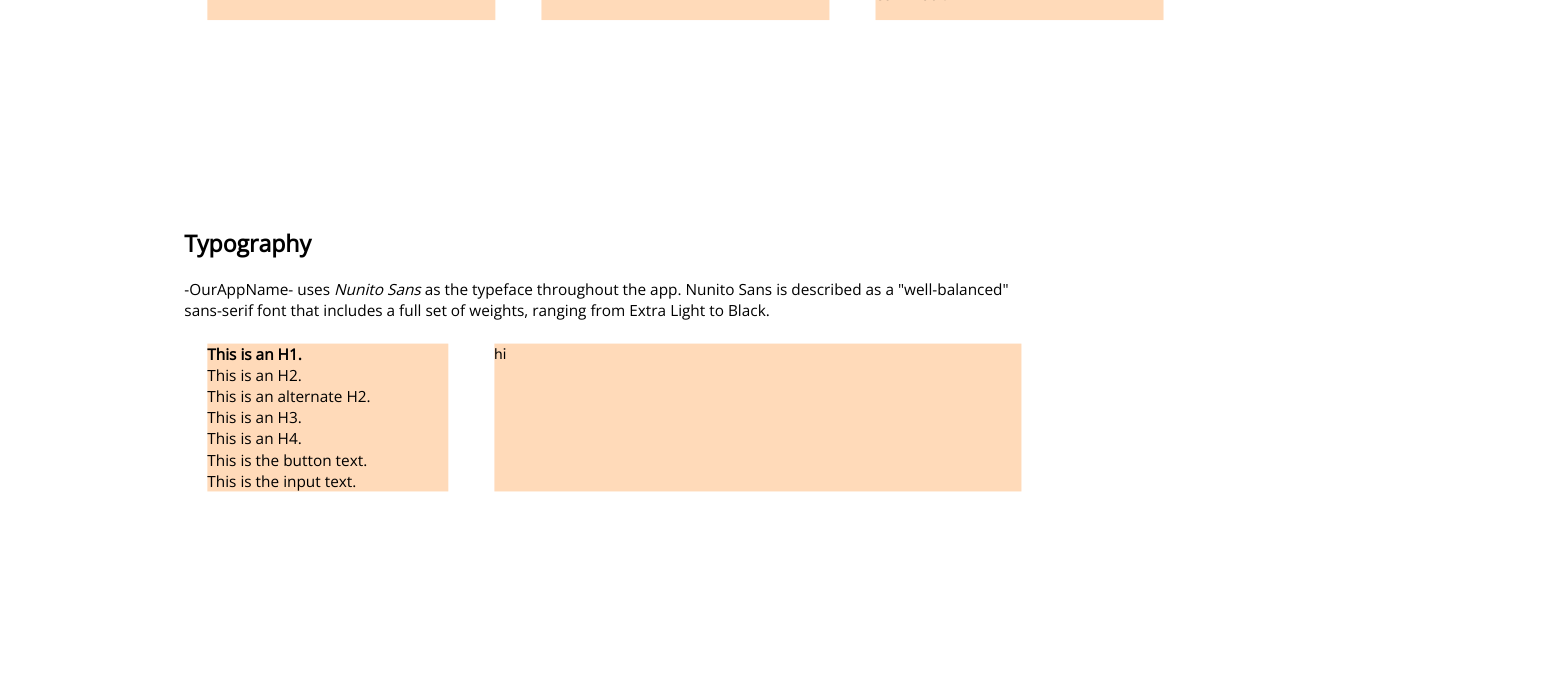
Repository: seohyun9672/Timearth-A6Styleguide
Page: page2.html
These files come from the project's save history. The page is drawn as it stood at one moment and after the next save; the edit follows.
The browser window is 1280 px wide. The page is 1632 px wide, so the pictures cover 1632 px, including what lies to the right of the window. The pictures show the part of the page from y = 1602 to 2330 px (the page is 2330 px tall), at 96% of full size.

Above is the page before, as saved 2022-03-19 17:21:12.

### page2.html
<!DOCTYPE html>
<html lang="en">
  <head>
    <meta charset="UTF-8" />
    <meta http-equiv="X-UA-Compatible" content="IE=edge" />
    <meta name="viewport" content="width=device-width, initial-scale=1.0" />
    <title>Document</title>
    <link rel="stylesheet" href="stylesheet.css" />
  </head>

  <body>
    <ul class="navbar">
      <li><a href="/page1.html">App Name</a></li>
      <div class="navbar-active">
        <li><a href="/page1.html">Logo</a></li>
        <li><a href="/page2.html">Colour & Typography</a></li>
        <li><a href="/page3.html">Imagery & Graphics</a></li>
        <li><a href="/ref.html">Reference</a></li>
      </div>
    </ul>
    <section class="color-palette page2">
      <h1>Color Palette</h1>
      <img class="palette" src="https://placekitten.com/1440/100" />
      <div>
        <h2>Description of colour palette</h2>
        <p>
          Lorem ipsum dolor sit amet, consectetur adipisicing elit. Culpa neque
          mollitia quae asperiores ad odit vitae iste minima totam harum
          distinctio qui beatae ea ut et adipisci, excepturi at iusto
          reprehenderit reiciendis fugit fuga nisi. Eligendi ut magni adipisci
          nulla architecto reprehenderit? Nemo eos accusamus optio nobis
          distinctio veritatis eius.
        </p>
      </div>
      <div></div>
      <div class="col-2">
        <div class="col">
          <img src="https://placekitten.com/200/600" />
        </div>
        <div class="col">hi</div>
      </div>
      <div class="row col-3">
        <div class="col">
          <img src="https://placekitten.com/300/200" />
          <p>
            Lorem ipsum dolor sit amet consectetur adipisicing elit. Fugit
            architecto laborum quam, unde laboriosam delectus aut facere rem
            magnam eum repellendus accusantium? Ipsum, quas iusto.
          </p>
        </div>
        <div class="col">
          <img src="https://placekitten.com/300/200" />
          <p>
            Lorem ipsum dolor sit amet, consectetur adipisicing elit. Eveniet
            laborum quisquam excepturi officiis obcaecati? Voluptatibus dolores
            laborum cupiditate quia illum explicabo quae nam dicta provident!
          </p>
        </div>
        <div class="col">
          <img src="https://placekitten.com/300/200" />
          <p>
            Lorem ipsum dolor sit amet consectetur adipisicing elit. Nemo
            consectetur veniam reprehenderit dolorem necessitatibus, repellat,
            perferendis quaerat suscipit magni alias in consequuntur nam
            repellendus commodi.
          </p>
        </div>
      </div>
    </section>
    <section class="typo page2">
      <h1>Typography</h1>
      <div>
        -OurAppName- uses <em>Nunito Sans</em> as the typeface throughout the
        app. Nunito Sans is described as a "well-balanced" sans-serif font that includes a full set of weights, ranging from Extra Light to Black.
      </div>
      <div class="col-2">
        <div class="col">
            <div class="nh1">This is an H1.</div>

            <div class="nh2">This is an H2.</div>

            <div class="nh2-2">This is an alternate H2.</div>

            <div class="nh3">This is an H3.</div>

            <div class="nh4">This is an H4.</div>

            <div class="nbtn">This is the button text.</div>

            <div class="ninput">This is the input text.</div>
        </div>
        <div class="col nunito">hi</div>
      </div>
    </section>
  </body>
</html>

### stylesheet.css
@import url('https://fonts.googleapis.com/css2?family=Nunito+Sans&family=Open+Sans&display=swap');

body{
    margin: 0;
    font-family: 'open sans', san-serif;
  }

/* NAVBAR */

ul {
  list-style-type: none;
  margin: 0;
  padding: 0;
  overflow: hidden;
  background-color: #333;
}

li {
  float: left;
}

li a {
  display: block;
  color: white;
  text-align: center;
  padding: 14px 16px;
  text-decoration: none;
}

li a:hover {
  background-color: #111;
}

.navbar-active{
    float: right;
}

/* LOGO */

.section-logo {
    display: flex;
    flex-direction: column;
    justify-content: flex-start;
    align-items: center;
}

.logo-description {
    display: flex;
}
.logo-variation {
    display: flex;
    justify-content: space-evenly;
}

.logo-colourpalette {
    display: flex;
    width: 100%;
    justify-content: space-between;
}

.section-cont {
    width: 940px;
}
.colour-cont {
    display: flex;
    flex-direction: column;
}
.colour-name {
    font-weight: bold;
}

.logo-typography {
    display: flex;
}

.logo-usage {
    display: flex;
    flex-direction: column;
}

.logo-usage-desc {
    display: flex;
}

.section-cont colour {
    display: flex;
}

/* page 2 */
.page2 {
    margin:12em;
}
.col-3 {
    display:grid;
    grid-template-columns: 1fr 1fr 1fr;
}
.col-2 {
    display:grid;
    grid-template-columns: 1fr 2fr;
}
.col {
    background-color:peachpuff;
    margin:1.5em;
}
.nunito {
    font-family: 'nunito sans', Arial, Helvetica, sans-serif;
}
.nh1 {
    font-weight:bold;
}

After the next save:
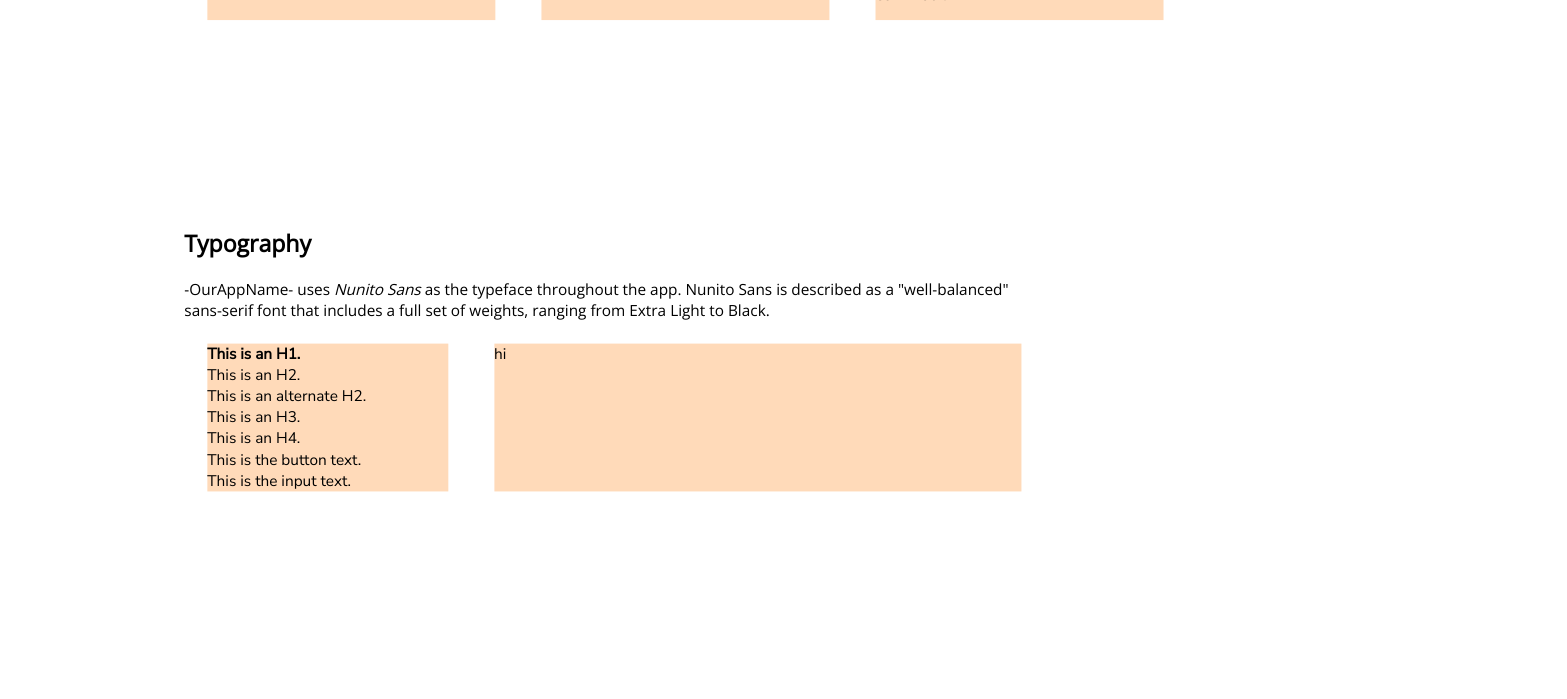
Saved 67 s later.
--- a/page2.html
+++ b/page2.html
@@ -74,7 +74,7 @@
         app. Nunito Sans is described as a "well-balanced" sans-serif font that includes a full set of weights, ranging from Extra Light to Black.
       </div>
       <div class="col-2">
-        <div class="col">
+        <div class="col nunito">
             <div class="nh1">This is an H1.</div>
 
             <div class="nh2">This is an H2.</div>
